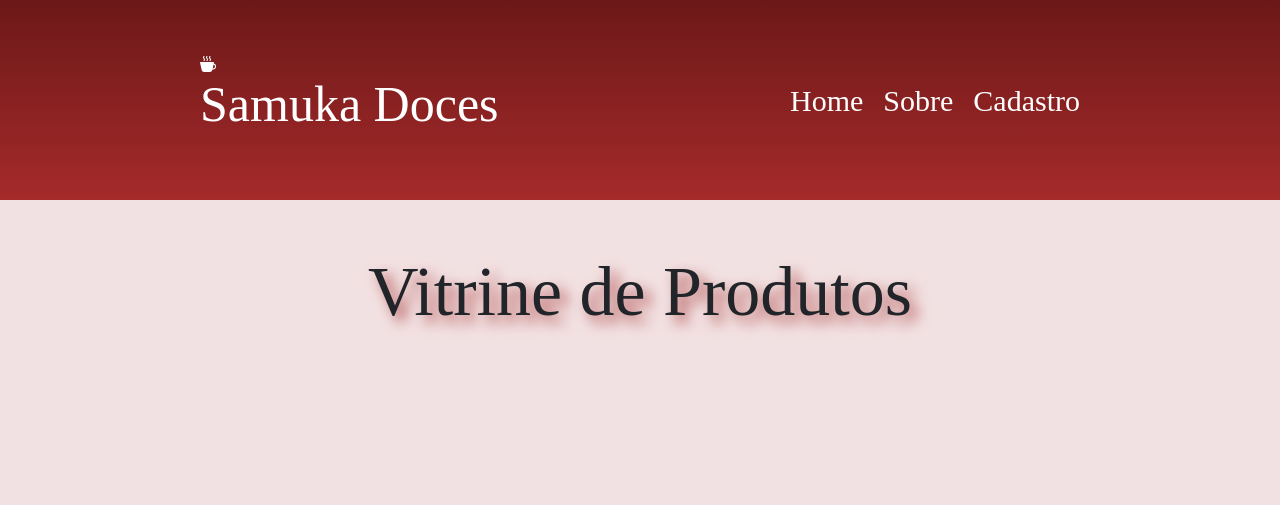
Repository: devsamuel23/github.io-doces_GIT
Page: /
These files come from the project's save history. The page is drawn as it stood at one moment and after the next save; the edit follows.
The browser window is 1280 px wide. The pictures show the whole page.
The page's requests for data from a server got no answer. The project was rebuilt for these pictures with package versions that can differ from the ones it lists, and the page was loaded fresh each time. No one was signed in, and anything a server would have sent is missing. Also part of the build but not shown: src/index.css, src/pages/Home/styles.css, src/pages/Home/index.js, src/pages/Sobre/index.js, src/pages/Cadastro/style.css, src/pages/Cadastro/index.js, src/pages/Erro/style.css, src/pages/Erro/index.js and 4 more.

Above is the page before, as saved 2023-04-14 20:52:36.

### public/index.html
<!DOCTYPE html>
<html lang="pt-br">
  <head>
    <meta charset="utf-8" />
    <link rel="icon" href="http://gg.gg/doceee" />
    <meta name="viewport" content="width=device-width, initial-scale=1" />


    <title>Samuka Doces</title>
  </head>
  <body>
    <noscript>You need to enable JavaScript to run this app.</noscript>
    <div id="root"></div>
  </body>
</html>

### src/index.js
import React from 'react';
import ReactDOM from 'react-dom/client';
import './index.css';
import App from './App';

const root = ReactDOM.createRoot(document.getElementById('root'));
root.render(

    <App />

);

### src/App.js
import RoutesApp from "./routes";


function App() {
  return (
          <RoutesApp />

  );
}

export default App;

### src/routes.js
import { BrowserRouter, Routes, Route } from "react-router-dom";

import Home from "./pages/Home";
import Sobre from "./pages/Sobre";
import Cadastro from "./pages/Cadastro";
import Erro from "./pages/Erro";
import Produto from "./pages/Produto";
import Vitrine from "./pages/Vitrine";
import Detalhes from "./pages/Detalhes";

import Header from "./components/Header";
import Footer from "./components/Footer";

function RoutesApp() {
  return (
    <BrowserRouter>
      <Header />

      <Routes>
        <Route>
          {/* <Route path="/" element={<Home />} /> */}
          <Route path="/Sobre" element={<Sobre />} />
          <Route path="/" element={<Vitrine />} />
          <Route path="/Cadastro" element={<Cadastro />} />
          <Route path="/Produto/:id" element={<Produto />} />
          <Route path="/Detalhes" element={<Detalhes />} />

          <Route path="*" element={<Erro />} />
        </Route>
      </Routes>
      <Footer/>
    </BrowserRouter>
  );
}

export default RoutesApp;

### src/pages/Vitrine/index.js
import React, { useEffect, useState } from "react";
import api from '../../services/api';
import './../Vitrine/style.css'
import { useNavigate } from "react-router-dom";


function Body (){

  const [produtos, setProdutos] = useState([]);
  useEffect(() => {
    api.get(`https://63069afec0d0f2b8011f9944.mockapi.io/produtos/`)
       .then((response) => {
         console.log(response);
         setProdutos(response.data.slice(78, 86))
      })
      .catch((err) => {
        console.error("ops! ocorreu um erro : " + err);
      });
  }, [ ]);

  const navigate = useNavigate();

  // function iniciar(productId) {
  //   navigate(`/produto/${productId}`);


  //   }

    function handleClick(event) {
      // Details button
      if (event.target.dataset.action === "details_btn") {
        const id = event.target.dataset.id;
        const produto = produtos.find((prod) => prod.id === id);
        navigate(`/produto/${produto.id}`)
      }
    }
    return(
      <>
        <div className="vit">
          <h1>Vitrine de Produtos</h1>


        <div className="container-vitrine">
          {produtos.map((produto) => (
          <span key={produto.id} className="item-vitrine">
            <img className="img-sombra" src={produto.imagem} alt={produto.nome} />
          </span>
        ))}
        </div>

        <div className="cards-vitrine">
        {produtos.map((produto) => (
        <div key={produto.id} className="card">
          <img className="image" src={produto.imagem} alt={produto.nome} />
          <h2>{produto.nome}</h2>
          <button className="myButton" data-id={produto.id} data-action="details_btn" onClick={handleClick}>
            Detalhes
          </button>
        </div>
        ))}
        </div>
        </div>
      </>
    );
  }

  export default Body;

### src/components/Header/index.js
import { Link } from "react-router-dom";
import "./style.css";
import "bootstrap/dist/css/bootstrap.min.css";

function Header() {
  return (
    <header>
        <div className="logo">
      <svg
        xmlns="http://www.w3.org/2000/svg"
        width="16"
        height="16"
        fill="currentColor"
        className="bi bi-cup-hot-fill"
        viewBox="0 0 16 16"
      >
        <path
          fillRule="evenodd"
          d="M.5 6a.5.5 0 0 0-.488.608l1.652 7.434A2.5 2.5 0 0 0 4.104 16h5.792a2.5 2.5 0 0 0 2.44-1.958l.131-.59a3 3 0 0 0 1.3-5.854l.221-.99A.5.5 0 0 0 13.5 6H.5ZM13 12.5a2.01 2.01 0 0 1-.316-.025l.867-3.898A2.001 2.001 0 0 1 13 12.5Z"
        />
        <path d="m4.4.8-.003.004-.014.019a4.167 4.167 0 0 0-.204.31 2.327 2.327 0 0 0-.141.267c-.026.06-.034.092-.037.103v.004a.593.593 0 0 0 .091.248c.075.133.178.272.308.445l.01.012c.118.158.26.347.37.543.112.2.22.455.22.745 0 .188-.065.368-.119.494a3.31 3.31 0 0 1-.202.388 5.444 5.444 0 0 1-.253.382l-.018.025-.005.008-.002.002A.5.5 0 0 1 3.6 4.2l.003-.004.014-.019a4.149 4.149 0 0 0 .204-.31 2.06 2.06 0 0 0 .141-.267c.026-.06.034-.092.037-.103a.593.593 0 0 0-.09-.252A4.334 4.334 0 0 0 3.6 2.8l-.01-.012a5.099 5.099 0 0 1-.37-.543A1.53 1.53 0 0 1 3 1.5c0-.188.065-.368.119-.494.059-.138.134-.274.202-.388a5.446 5.446 0 0 1 .253-.382l.025-.035A.5.5 0 0 1 4.4.8Zm3 0-.003.004-.014.019a4.167 4.167 0 0 0-.204.31 2.327 2.327 0 0 0-.141.267c-.026.06-.034.092-.037.103v.004a.593.593 0 0 0 .091.248c.075.133.178.272.308.445l.01.012c.118.158.26.347.37.543.112.2.22.455.22.745 0 .188-.065.368-.119.494a3.31 3.31 0 0 1-.202.388 5.444 5.444 0 0 1-.253.382l-.018.025-.005.008-.002.002A.5.5 0 0 1 6.6 4.2l.003-.004.014-.019a4.149 4.149 0 0 0 .204-.31 2.06 2.06 0 0 0 .141-.267c.026-.06.034-.092.037-.103a.593.593 0 0 0-.09-.252A4.334 4.334 0 0 0 6.6 2.8l-.01-.012a5.099 5.099 0 0 1-.37-.543A1.53 1.53 0 0 1 6 1.5c0-.188.065-.368.119-.494.059-.138.134-.274.202-.388a5.446 5.446 0 0 1 .253-.382l.025-.035A.5.5 0 0 1 7.4.8Zm3 0-.003.004-.014.019a4.077 4.077 0 0 0-.204.31 2.337 2.337 0 0 0-.141.267c-.026.06-.034.092-.037.103v.004a.593.593 0 0 0 .091.248c.075.133.178.272.308.445l.01.012c.118.158.26.347.37.543.112.2.22.455.22.745 0 .188-.065.368-.119.494a3.198 3.198 0 0 1-.202.388 5.385 5.385 0 0 1-.252.382l-.019.025-.005.008-.002.002A.5.5 0 0 1 9.6 4.2l.003-.004.014-.019a4.149 4.149 0 0 0 .204-.31 2.06 2.06 0 0 0 .141-.267c.026-.06.034-.092.037-.103a.593.593 0 0 0-.09-.252A4.334 4.334 0 0 0 9.6 2.8l-.01-.012a5.099 5.099 0 0 1-.37-.543A1.53 1.53 0 0 1 9 1.5c0-.188.065-.368.119-.494.059-.138.134-.274.202-.388a5.446 5.446 0 0 1 .253-.382l.025-.035A.5.5 0 0 1 10.4.8Z" />
      </svg>
      <h2 className="Slogan">Samuka Doces</h2>
      </div>

      <div className="menu">
        <Link to="/">Home</Link>
        <Link to="/Sobre">Sobre</Link>
        {/* <Link to="/Vitrine">Vitrine</Link> */}
        <Link to="/Cadastro">Cadastro</Link>

      </div>
    </header>
  );
}

export default Header;

### src/components/Footer/index.js
import "./style.css"
import "bootstrap/dist/css/bootstrap.min.css";

function Footer() {
  return (
    <div>

    </div>
  )
}

export default Footer;

### src/services/api.js
import axios from 'axios';

const api = axios.create({
    baseURL :'https://63069afec0d0f2b8011f9944.mockapi.io/produtos/'
});

export default api;

### src/pages/Vitrine/style.css
body {
    background-color: #f2e1e2;
}

.vit {
    padding: 50px 200px;
}

.vit h1 {
    text-align: center;
    font-size: 70px;
    font-family: alex brush;
    text-shadow: rgb(175, 76, 76) 0.1em 0.1em 0.2em;
}

.container-vitrine {
    display: grid;
    grid-template-columns: repeat(4, 20%);
    grid-auto-rows: 300px;
    justify-content: center;
    margin-top: 60px;
}

.item-vitrine{
    display: block;
    overflow: hidden;
    width: 250px;
    height: 250px;
    border-width: 20px;
    border-style: solid;
    border-image: linear-gradient(0deg, #c05080, #bc827b) 1;
}

.item-vitrine img{
    width: 100%;
    height: 100%;
    object-fit: cover;
}
.img-sombra {
    box-shadow: 7px 7px 13px 10px rgba(20, 30, 40, 0.22);
}

.cards-vitrine{
    display: flex;
    flex-wrap: wrap;
}

.card {
    border-radius: 5px;
    box-shadow: 7px 7px 13px 0px rgb(170, 52, 52);
    padding: 30px;
    margin: 20px;
    width: 400px;
    transition: all 0.3s ease-out;
    justify-content: space-around;
}
.image{
    max-height: 250px;
    border-radius: 50%;
}
.card h2{
    font-weight: bold;
   text-align: center;
   padding: 30px 0;

}

.myButton {
	box-shadow: 3px 4px 0px 0px #899599;
	background:linear-gradient(to bottom, #ededed 5%, #bab1ba 100%);
	background-color:#ededed;
	border-radius:15px;
	border:1px solid #d6bcd6;
	display:inline-block;
	cursor:pointer;
	color:#3a8a9e;
	font-family:Arial;
	font-size:20px;
	padding:7px 25px;
	text-decoration:none;
	text-shadow:0px 1px 0px #e1e2ed;
}
.myButton:hover {
	background:linear-gradient(to bottom, #bab1ba 5%, #ededed 100%);
	background-color:#bab1ba;
}
.myButton:active {
	position:relative;
	top:1px;
}

### src/components/Header/style.css
* {
  margin: 0;
  padding: 0;
  box-sizing: border-box;
}

div .logo{
  width: 100%;
  height: 100px;
}
.Slogan{
    font-family: alex brush;
    font-size: 50px;
    width: auto;
    height: 100%;
    color: #FFF;
}
header{
  width: 100%;
  height: auto;
  background: rgb(165,42,42);
  background: linear-gradient(0deg, rgba(165,42,42,1) 0%, rgba(108,24,24,1) 100%);
  color: #FFF;

  display: flex;
  align-items: center;
  justify-content: space-between;
  padding: 50px 200px ;
}

header a{
  color: #FFF;
  font-size: 30px;
  font-family: alex brush;
  text-decoration: none;
}

header a + a{
  margin-left: 20px;
}

header a:hover{
  text-decoration: underline;
  color: #f2e1e2;
}

After the next save:
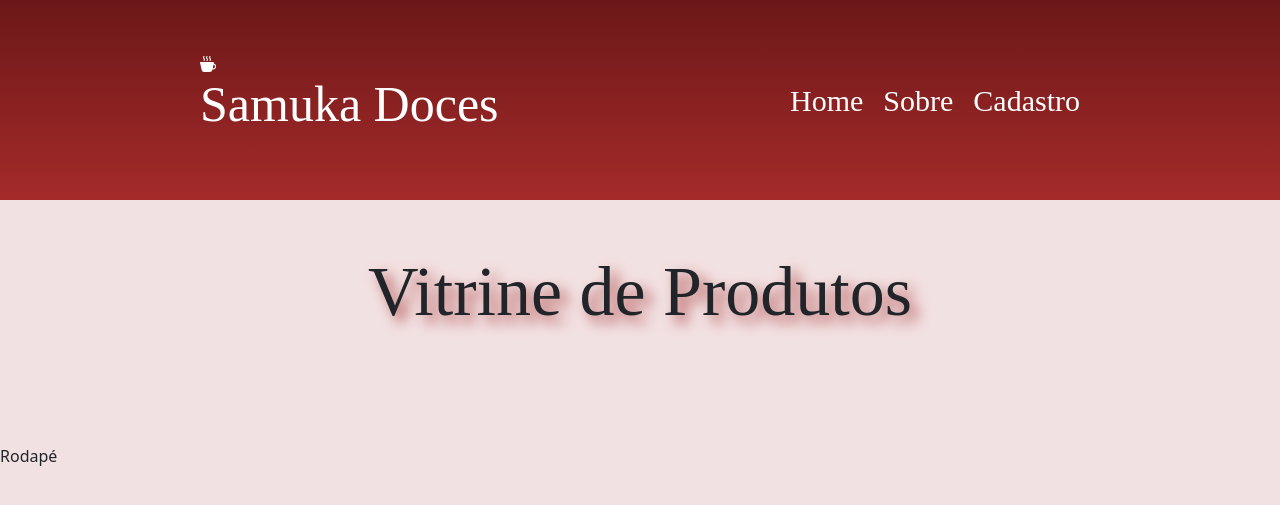
Saved 10 s later.
--- a/src/components/Footer/index.js
+++ b/src/components/Footer/index.js
@@ -4,7 +4,7 @@
 function Footer() {
   return (
     <div>
-
+        Rodapé
     </div>
   )
 }

After the save that followed:
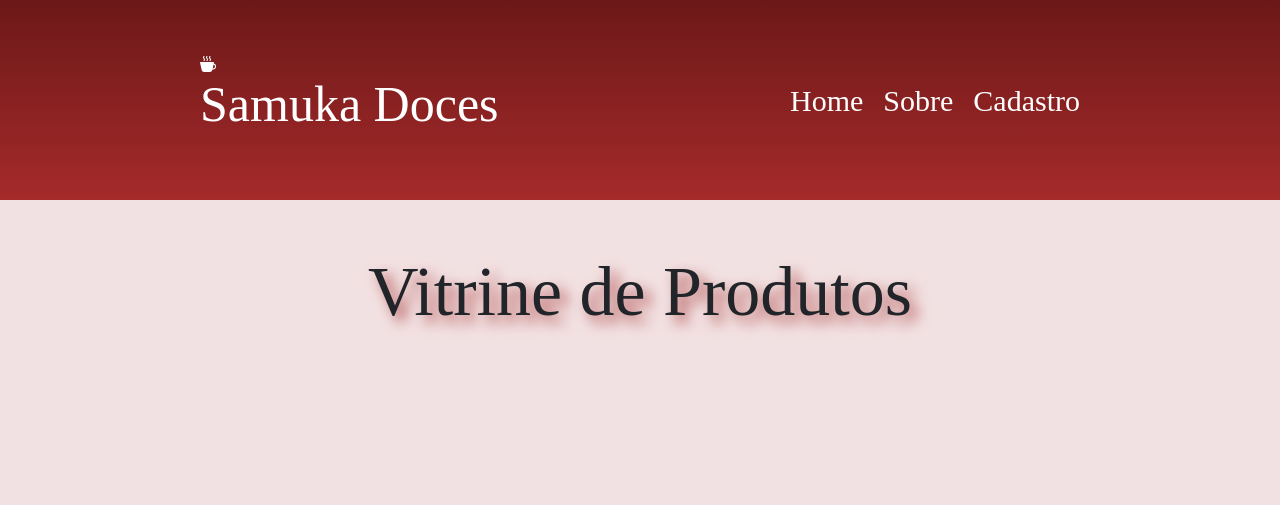
Saved 8 s later.
--- a/src/components/Footer/index.js
+++ b/src/components/Footer/index.js
@@ -4,7 +4,7 @@
 function Footer() {
   return (
     <div>
-        Rodapé
+
     </div>
   )
 }
